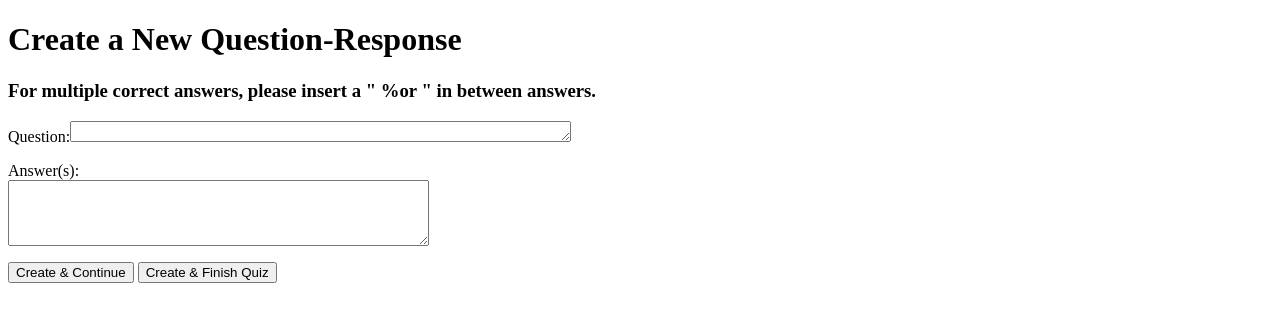
Repository: sarahhtn/CS108_final_project
Page: QuizWebsite/WebContent/CreateQR.html
An editor plug-in stored every save of this project. The page is shown before and after the next save, followed by the edit.
The browser window is 1280 px wide. The pictures show the whole page.

Above is the page before, as saved 2013-11-16 22:16:11.

After the next save:
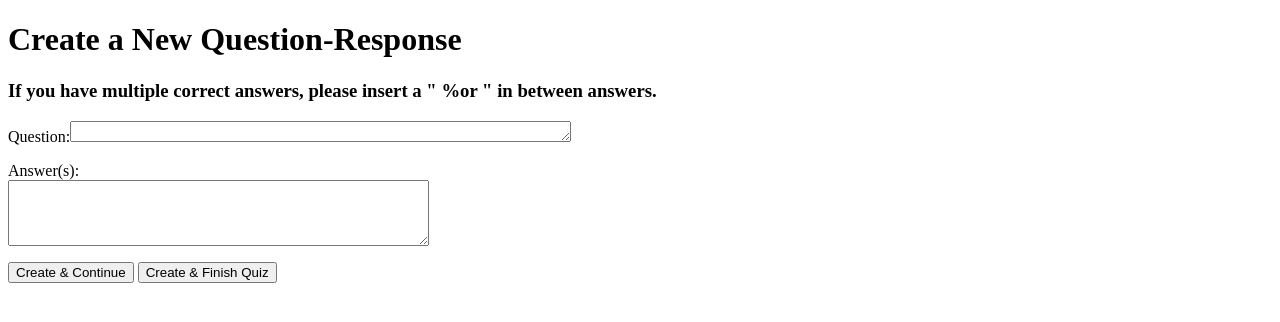
Saved 10 s later.
--- a/QuizWebsite/WebContent/CreateQR.html
+++ b/QuizWebsite/WebContent/CreateQR.html
@@ -6,7 +6,7 @@
 </head>
 <body>
 <h1>Create a New Question-Response</h1>
-<h3>For multiple correct answers, please insert a " %or " in between answers.</h3>
+<h3>If you have multiple correct answers, please insert a " %or " in between answers.</h3>
 
 <form action="QServlet" method="post">
 <p>Question:<textarea rows = "1" cols = "60" name="question"></textarea> </p>
